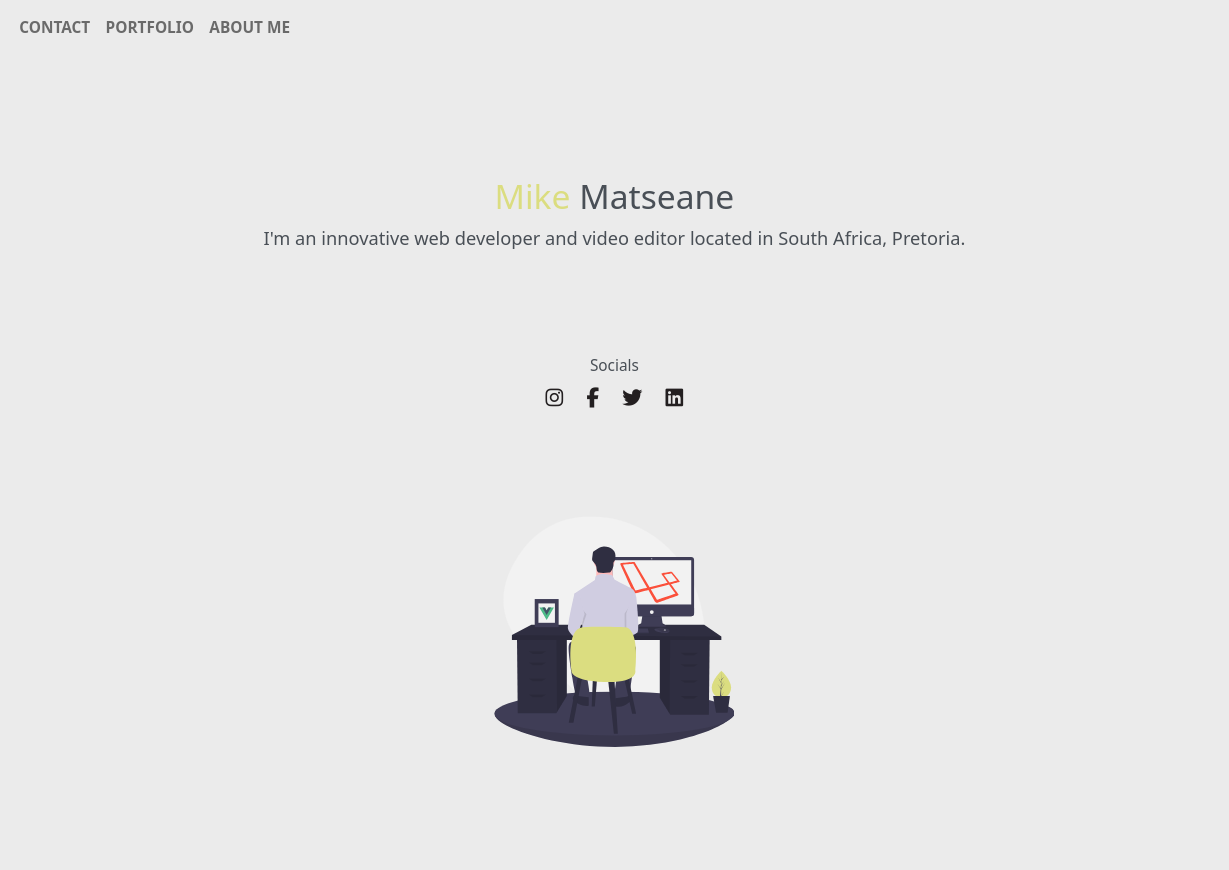
Repository: mikempho/resume10-Final
Page: resume10.html
The author's editor kept a copy of each file at every save. The page is drawn from the files as they stood at one save, then again after the next save.
The browser window is 1280 px wide. The pictures show the whole page, at 96% of full size.
Some web libraries are served in a nearby version.

Above is the page before, as saved 2022-05-16 14:27:06.

After the next save:
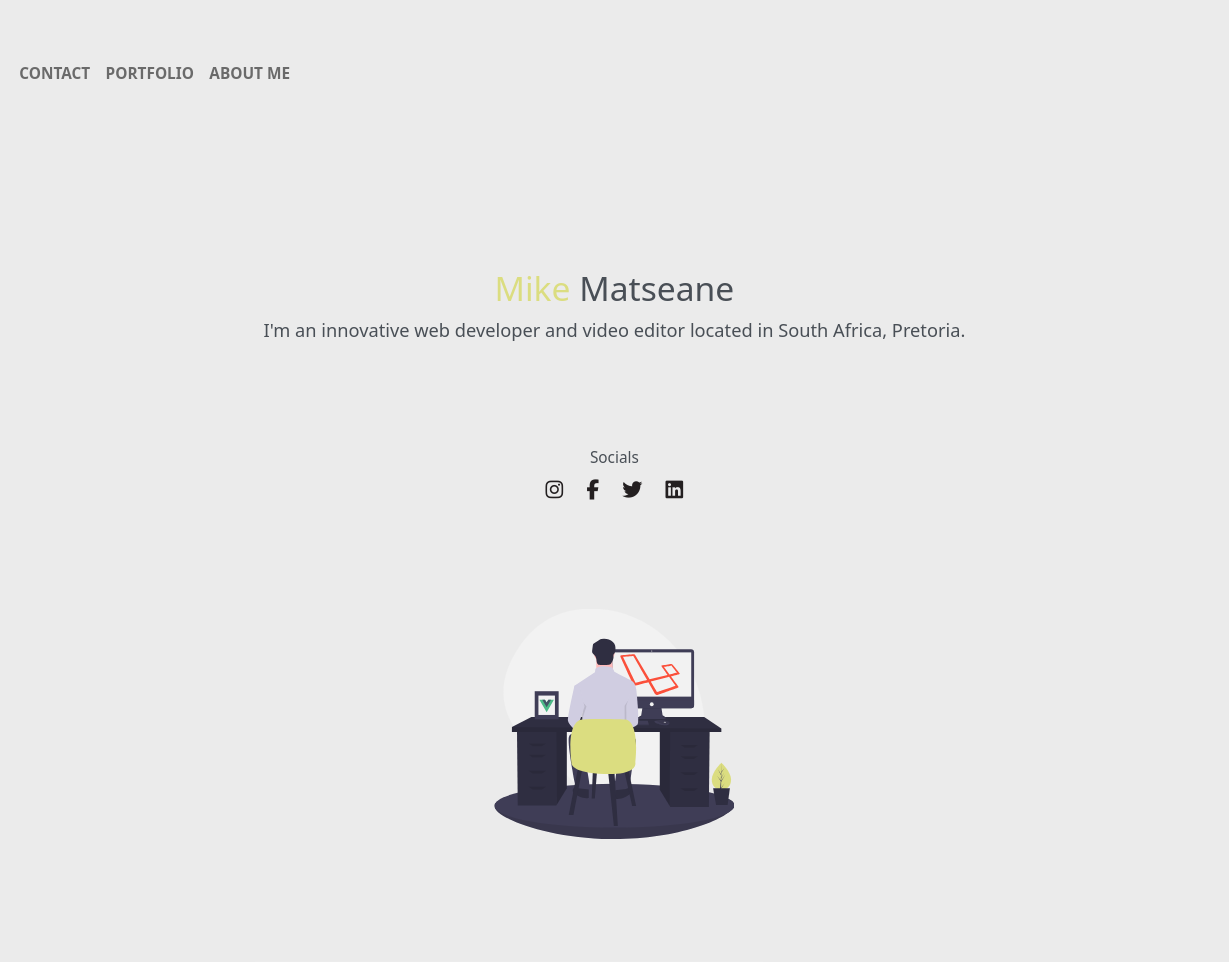
Saved 79 s later.
--- a/resume10.html
+++ b/resume10.html
@@ -20,7 +20,7 @@
                 <button class="navbar-toggler " type="button" data-bs-toggle="collapse" data-bs-target="#navbarSupportedContent" aria-controls="navbarSupportedContent" aria-expanded="false" aria-label="Toggle navigation">
                     <span class="navbar-toggler-icon"></span>
                 </button>
-                <div class="collapse navbar-collapse text-center" id="navbarSupportedContent">
+                <div class="collapse navbar-collapse text-center my-5" id="navbarSupportedContent">
                     <ul class="navbar-nav me-auto mb-2 mb-lg-0">
                         <li class="nav-item">
                             <a class="nav-link nav-names" aria-current="page" href="#">Contact</a>
